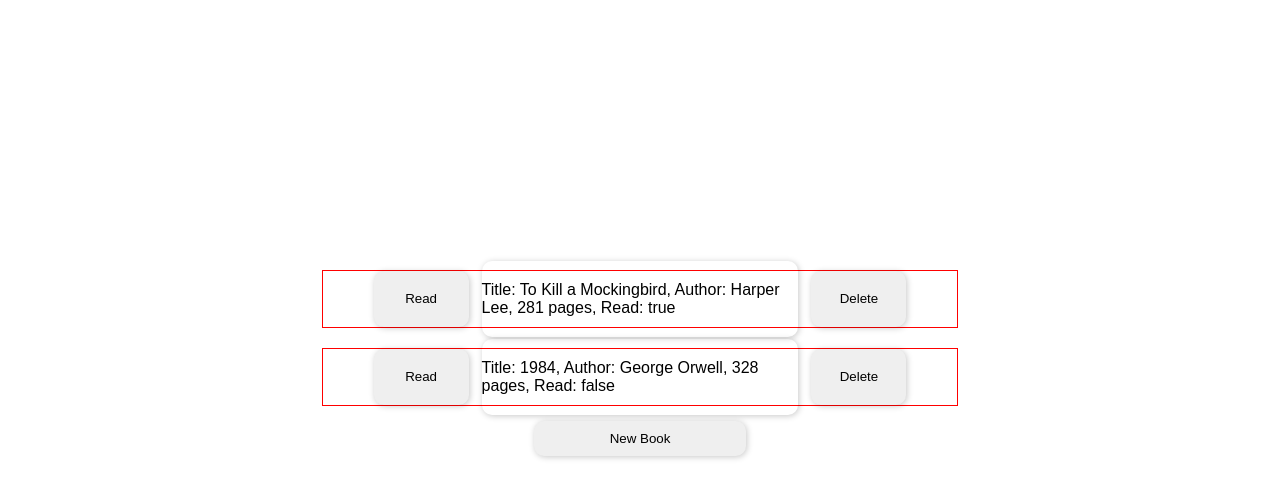
Repository: kocokoy/library
Page: index.html
An editor plug-in stored every save of this project. The page is shown before and after the next save, followed by the edit.
The browser window is 1280 px wide. The pictures show the whole page.

Above is the page before, as saved 2024-11-06 10:48:52.

### index.html
<!DOCTYPE html>
<html lang="en">
<head>
  <meta charset="UTF-8">
  <meta name="viewport" content="width=device-width, initial-scale=1.0">
  <link rel="stylesheet" href="style.css">
  <title>Document</title>
</head>
<body>
  <div class="container">
    <div class="display-button-card">
      <div class="book-display jsBookDisplay">
      </div>
      <button class="new-book-button jsNewBookButton">New Book</button>
    </div>
    <div class=" jsAddNewBookCardHolder hide-add-new-book-card-holder">
      <div class="add-new-book-card ">
        <div>
          <input class="jsBookTitle" type="text">
          <input class="jsBookAuthor" type="text">
          <input class="jsBookPages" type="text">
          <input class="jsBookRead" type="text">
          <button class="jsAddBook">Add</button>
        </div>
      </div>
    </div>

  </div>
<script src="script.js"></script>
</body>
</html>

### style.css
body{
  width: 100%;
  height: 100vh;
  padding: 0;
  margin: 0;
  font-family: Arial, Helvetica, sans-serif;
}
.container{
  display: flex;
  flex-direction: column;
  justify-content: center;
  align-items: center;
  height: 100%;
  width: 100%;
}
.display-button-card{
  display: flex;
  flex-direction: column;
  justify-content: center;
  align-items: center;

  width: 55%;
}
.book-display{
  display: flex;
  flex-direction: column;
  justify-content: center;
  align-items: center;
  width: 100%;
}

.book-card{
  display: flex;
  flex-direction: row;
  justify-content: center;
  align-items: center;
  margin: 10px;
  width: 90%;
  height: 100%;

  border: 1px solid red;
}

.book-card div{
  padding: 10px 0px;
  border-radius: 10px;
  box-shadow: 1px 1px 6px  rgba(0, 0, 0, 0.219);
  width: 50%;
  height: 100%;
  display: flex;
  flex-direction: column;
  justify-content: center;
  align-items: center;
  margin: 0px 10px;
}

.book-card button{
  padding: 10px 0px;
  border-radius: 10px;
  border: none;
  width: 15%;
  height: 100%;
  box-shadow: 1px 1px 6px  rgba(0, 0, 0, 0.219);
}

.new-book-button{
  padding: 10px;
  margin: 5px;
  border-radius: 10px;
  border: none;
  box-shadow: 1px 1px 6px  rgba(0, 0, 0, 0.219);
  width: 19%;

  cursor: pointer;
  width: 30%;
}

/* add book card */

.hide-add-new-book-card-holder{
  display: none;
}

.add-new-book-card-holder{
  display: flex;
  flex-direction: column;
  align-items: center;
  justify-content: center;
  height: 100%;
  width: 100%;
  background-color: rgba(0, 0, 0, 0.137);
  position: absolute;

}
.add-new-book-card {
  background-color: white;
  box-shadow: 1px 1px 6px  rgba(0, 0, 0, 0.219);
  height: 50%;
  width: 30%;
  display: flex;
  flex-direction: column;
  align-items: center;
  justify-content: center;
  border-radius: 10px;

}

.add-new-book-card div{
  display: flex;
  flex-direction: column;
  align-items: center;
  justify-content: center;
}

input{
  padding: 5px;
  margin: 3px;
  border-radius: 10px;
  border: 1px solid black;
}

button{
  padding: 5px;
  margin: 3px;
  border-radius: 10px;
  border: 1px solid black;
  width: 97%;
}

### script.js
const bookTitleElement = document.querySelector('.jsBookTitle');
const bookAuthorElement = document.querySelector('.jsBookAuthor');
const bookPagesElement = document.querySelector('.jsBookPages');
const bookReadElement = document.querySelector('.jsBookRead');
const bookButtonElement = document.querySelector('.jsNewBookButton');
const bookDisplayElement = document.querySelector('.jsBookDisplay');
const addNewBookCardHolderElement = document.querySelector('.jsAddNewBookCardHolder');
const addBookElement = document.querySelector('.jsAddBook');

const myLibrary = [
  {title: 'To Kill a Mockingbird', author: 'Harper Lee', pages: 281, read: true},
  {title: '1984', author: 'George Orwell', pages: 328, read: false},
];


displayBookToLibrary();

function Book(title,author,pages,read) {
  this.title = title;
  this.author = author;
  this.pages = pages;
  this.read = read;
  this.info = function(){
    const bookObj = {
      title: this.title,
      author: this.author,
      pages: this.pages,
      read: this.read,
    }
    return bookObj;
  };
}

function addBookToLibrary() {
  const bookTitleValue = bookTitleElement.value;
  const bookAuthorValue = bookAuthorElement.value;
  const bookPagesValue = bookPagesElement.value;
  const bookReadValue = bookReadElement.value;
  bookTitleElement.value = '';
  bookAuthorElement.value = '';
  bookPagesElement.value = '';
  bookReadElement.value = '';
  if(!(bookTitleValue && bookAuthorValue && bookPagesValue && bookReadValue)){
    console.log('test');
  }else{
    const book = new Book(bookTitleValue,bookAuthorValue,bookPagesValue,bookReadValue);
    myLibrary.push(book.info());
  }

}

function displayBookToLibrary(){

  bookDisplayElement.innerHTML = '';

  myLibrary.forEach((book,i) => {
    const div = document.createElement('div');
    div.classList.add('book-card');
    div.setAttribute('data-id',i);
    div.innerHTML = `
      <button>Read</button>
      <div>Title: ${book.title}, Author: ${book.author}, ${book.pages} pages, Read: ${book.read}</div>
      <button>Delete</button>
    `
    div.ins
    bookDisplayElement.appendChild(div);
    console.log(book);
  })
}

bookButtonElement.addEventListener('click', () => {
  addNewBookCardHolderElement.classList.add('add-new-book-card-holder');
})

addBookElement.addEventListener('click', () => {
  addBookToLibrary();
  displayBookToLibrary();
  addNewBookCardHolderElement.classList.remove('add-new-book-card-holder');
})

After the next save:
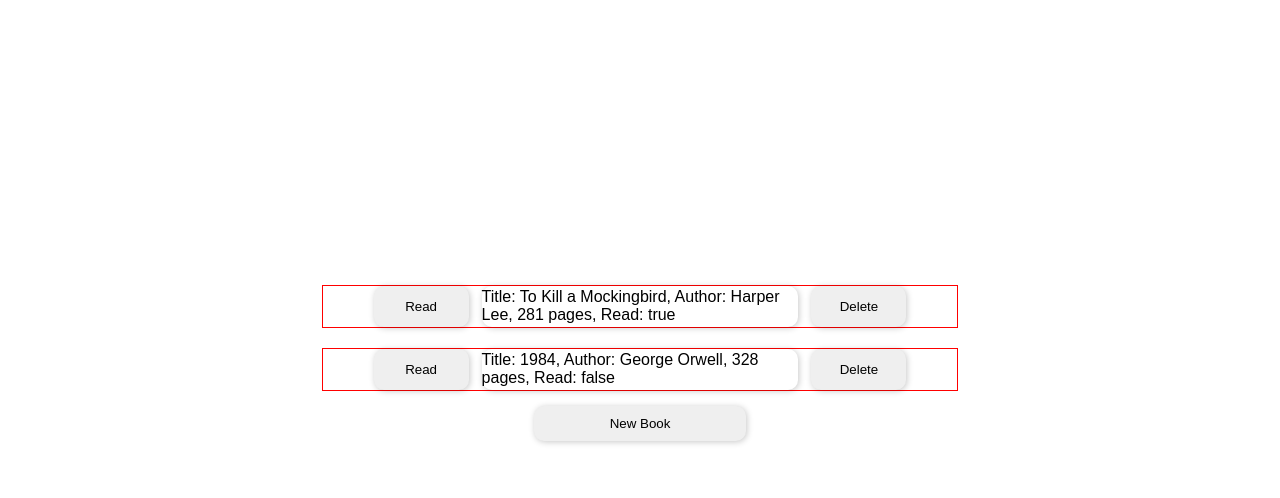
Saved 9 s later.
--- a/style.css
+++ b/style.css
@@ -37,12 +37,11 @@ body{
   margin: 10px;
   width: 90%;
   height: 100%;
-
   border: 1px solid red;
 }
 
 .book-card div{
-  padding: 10px 0px;
+  /* padding: 10px 0px; */
   border-radius: 10px;
   box-shadow: 1px 1px 6px  rgba(0, 0, 0, 0.219);
   width: 50%;
